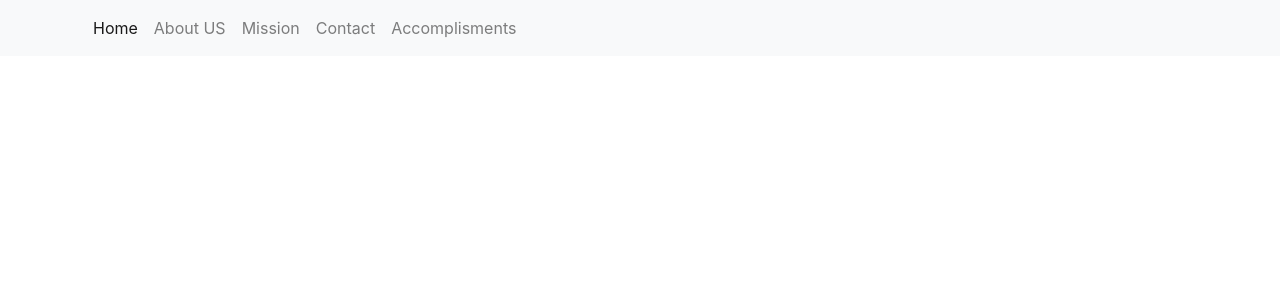
Repository: vipulx44/Prayas-Seva
Page: http://localhost/
The author's editor kept a copy of each file at every save. The page is drawn from the files as they stood at one save, then again after the next save.
The browser window is 1280 px wide. The pictures show the whole page.
Some web libraries are served in a nearby version. The page is run by PHP 8.4 with error messages shown; the project is at /var/www/html/.

Above is the page before, as saved 2017-09-23 14:20:11.

### Prayasfirst/index.php
<!DOCTYPE HTML>
<html>
	<head>
		<title>Prayas Seva Sanstha</title>
		<meta charset="utf-8">
    	<meta name="viewport" content="width=device-width, initial-scale=1, shrink-to-fit=no">

    	<!-- FONT AWESOME-->
    	<script src="https://use.fontawesome.com/3ce65aca62.js"></script>

    	<!-- BOOTSTRAP -->
    	<link rel="stylesheet" href="https://maxcdn.bootstrapcdn.com/bootstrap/4.0.0-beta/css/bootstrap.min.css" integrity="sha384-/Y6pD6FV/Vv2HJnA6t+vslU6fwYXjCFtcEpHbNJ0lyAFsXTsjBbfaDjzALeQsN6M" crossorigin="anonymous">

  		<!-- Plugins -->
  		<script src="https://code.jquery.com/jquery-3.2.1.slim.min.js" integrity="sha384-KJ3o2DKtIkvYIK3UENzmM7KCkRr/rE9/Qpg6aAZGJwFDMVNA/GpGFF93hXpG5KkN" crossorigin="anonymous"></script>
		<script src="https://cdnjs.cloudflare.com/ajax/libs/popper.js/1.11.0/umd/popper.min.js" integrity="sha384-b/U6ypiBEHpOf/4+1nzFpr53nxSS+GLCkfwBdFNTxtclqqenISfwAzpKaMNFNmj4" crossorigin="anonymous"></script>
		<script src="https://maxcdn.bootstrapcdn.com/bootstrap/4.0.0-beta/js/bootstrap.min.js" integrity="sha384-h0AbiXch4ZDo7tp9hKZ4TsHbi047NrKGLO3SEJAg45jXxnGIfYzk4Si90RDIqNm1" crossorigin="anonymous"></script>


  	</head>

	<body>


		<nav class="navbar navbar-expand-lg navbar-light bg-light">
					<div class="container">
					     <ul class="navbar-nav mr-auto">
					      <li class="nav-item active">
					        <a class="nav-link" href="#">Home <span class="sr-only">(current)</span></a>
					      </li>
					      <li class="nav-item">
				    	    <a class="nav-link" href="#">About US</a>
					      </li>
					      <li class="nav-item">
					        <a class="nav-link" href="#">Mission</a>
					      </li>
					      <li class="nav-item">
					        <a class="nav-link" href="#">Contact</a>
					      </li>
					      <li class="nav-item">
				        	<a class="nav-link" href="#">Accomplisments</a>
				    	  </li>
					    </ul>
					  </div>
		</nav>  <!-- End Main Navigation -->



	</body>


</html>

After the next save:
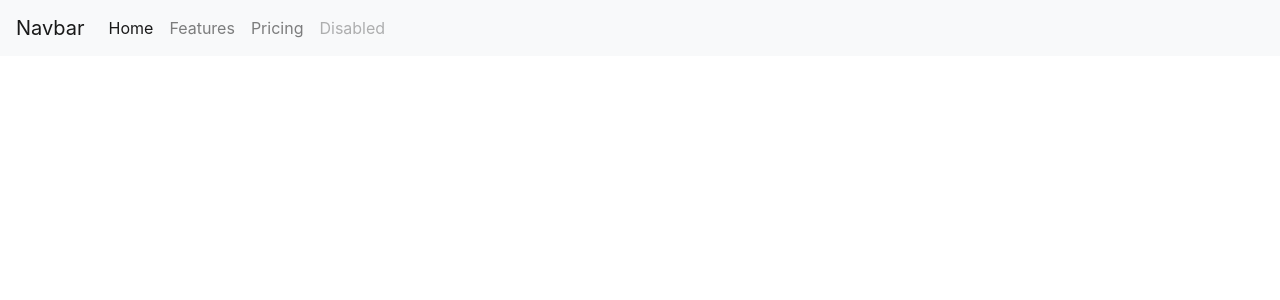
Saved 91 s later.
--- a/Prayasfirst/index.php
+++ b/Prayasfirst/index.php
@@ -22,27 +22,28 @@
 	<body>
 
 
-		<nav class="navbar navbar-expand-lg navbar-light bg-light">
-					<div class="container">
-					     <ul class="navbar-nav mr-auto">
-					      <li class="nav-item active">
-					        <a class="nav-link" href="#">Home <span class="sr-only">(current)</span></a>
-					      </li>
-					      <li class="nav-item">
-				    	    <a class="nav-link" href="#">About US</a>
-					      </li>
-					      <li class="nav-item">
-					        <a class="nav-link" href="#">Mission</a>
-					      </li>
-					      <li class="nav-item">
-					        <a class="nav-link" href="#">Contact</a>
-					      </li>
-					      <li class="nav-item">
-				        	<a class="nav-link" href="#">Accomplisments</a>
-				    	  </li>
-					    </ul>
-					  </div>
-		</nav>  <!-- End Main Navigation -->
+			<nav class="navbar navbar-expand-lg navbar-light bg-light">
+			  <a class="navbar-brand" href="#">Navbar</a>
+			  <button class="navbar-toggler" type="button" data-toggle="collapse" data-target="#navbarNav" aria-controls="navbarNav" aria-expanded="false" aria-label="Toggle navigation">
+			    <span class="navbar-toggler-icon"></span>
+			  </button>
+			  <div class="collapse navbar-collapse" id="navbarNav">
+			    <ul class="navbar-nav">
+			      <li class="nav-item active">
+			        <a class="nav-link" href="#">Home <span class="sr-only">(current)</span></a>
+			      </li>
+			      <li class="nav-item">
+			        <a class="nav-link" href="#">Features</a>
+			      </li>
+			      <li class="nav-item">
+			        <a class="nav-link" href="#">Pricing</a>
+			      </li>
+			      <li class="nav-item">
+			        <a class="nav-link disabled" href="#">Disabled</a>
+			      </li>
+			    </ul>
+			  </div>
+			</nav> <!-- End Main Navigation -->
 
 
 
